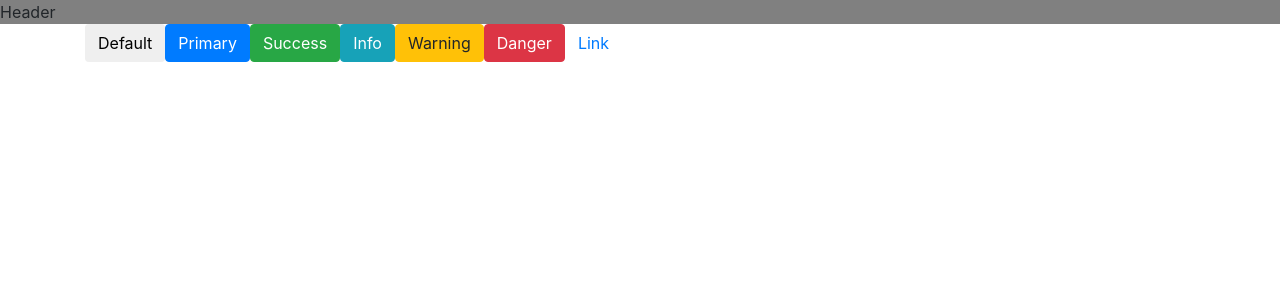
Repository: Eri-Naka/test
Page: boot/WebContent/index.html
These files come from the project's save history. The page is drawn as it stood at one moment and after the next save; the edit follows.
The browser window is 1280 px wide. The pictures show the whole page.

Above is the page before, as saved 2018-06-25 05:27:18.

### boot/WebContent/index.html
<!DOCTYPE html>
<html lang ="ja">
<head>
<meta charset="UTF-8">

<head>
    <!-- Required meta tags -->
    <meta charset="utf-8">
    <meta name="viewport" content="width=device-width, initial-scale=1, shrink-to-fit=no">
    <meta http-equiv="X-UA-Compatible" content="IE=edge">
    <meta name="viewport" content="width=device-width, initial-scale=1">

    <!-- Bootstrap CSS -->
    <link rel="stylesheet" href="https://stackpath.bootstrapcdn.com/bootstrap/4.1.1/css/bootstrap.min.css" integrity="sha384-WskhaSGFgHYWDcbwN70/dfYBj47jz9qbsMId/iRN3ewGhXQFZCSftd1LZCfmhktB" crossorigin="anonymous">
<style >
.box{
text-align: center;
}

</style>

    <title>Hello, world!</title>
  </head>
  <body>
  <header style="background-color:gray">Header</header>
<div class="container">
  <div class="table-responsive">
    <table class="table table-bordered">
    <thead>
     <button type="button" class="btn btn-default">Default</button>
<button type="button" class="btn btn-primary">Primary</button>
<button type="button" class="btn btn-success">Success</button>
<button type="button" class="btn btn-info">Info</button>
<button type="button" class="btn btn-warning">Warning</button>
<button type="button" class="btn btn-danger">Danger</button>
<button type="button" class="btn btn-link">Link</button>
    </tbody>
  </table>
</div>

    <!-- Optional JavaScript -->
    <!-- jQuery first, then Popper.js, then Bootstrap JS -->
    <script src="https://code.jquery.com/jquery-3.3.1.slim.min.js" integrity="sha384-q8i/X+965DzO0rT7abK41JStQIAqVgRVzpbzo5smXKp4YfRvH+8abtTE1Pi6jizo" crossorigin="anonymous"></script>
    <script src="https://cdnjs.cloudflare.com/ajax/libs/popper.js/1.14.3/umd/popper.min.js" integrity="sha384-ZMP7rVo3mIykV+2+9J3UJ46jBk0WLaUAdn689aCwoqbBJiSnjAK/l8WvCWPIPm49" crossorigin="anonymous"></script>
    <script src="https://stackpath.bootstrapcdn.com/bootstrap/4.1.1/js/bootstrap.min.js" integrity="sha384-smHYKdLADwkXOn1EmN1qk/HfnUcbVRZyYmZ4qpPea6sjB/pTJ0euyQp0Mk8ck+5T" crossorigin="anonymous"></script>
  </body>
</html>

After the next save:
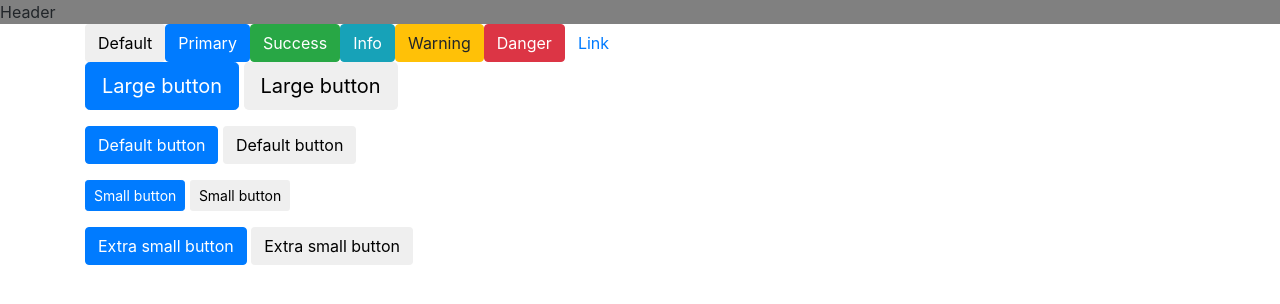
Saved 72 s later.
--- a/boot/WebContent/index.html
+++ b/boot/WebContent/index.html
@@ -34,6 +34,24 @@ text-align: center;
 <button type="button" class="btn btn-warning">Warning</button>
 <button type="button" class="btn btn-danger">Danger</button>
 <button type="button" class="btn btn-link">Link</button>
+
+<p>
+  <button type="button" class="btn btn-primary btn-lg">Large button</button>
+  <button type="button" class="btn btn-default btn-lg">Large button</button>
+</p>
+<p>
+  <button type="button" class="btn btn-primary">Default button</button>
+  <button type="button" class="btn btn-default">Default button</button>
+</p>
+<p>
+  <button type="button" class="btn btn-primary btn-sm">Small button</button>
+  <button type="button" class="btn btn-default btn-sm">Small button</button>
+</p>
+<p>
+  <button type="button" class="btn btn-primary btn-xs">Extra small button</button>
+  <button type="button" class="btn btn-default btn-xs">Extra small button</button>
+</p>
+
     </tbody>
   </table>
 </div>
